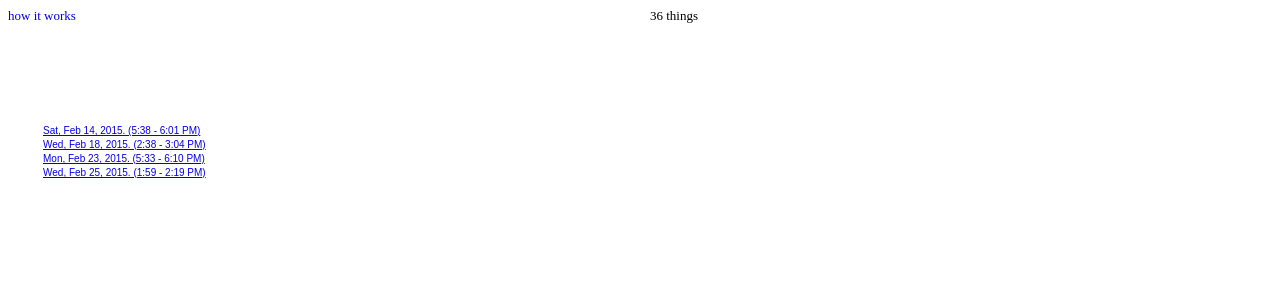
Repository: zhanj122/zhanj122.github.io
Page: 36_things/index.html
The author's editor kept a record of every edit. The page is drawn from the files as they stood at one moment, then again after the next edit.
The browser window is 1280 px wide. The pictures show the whole page.

Above is the page before.

After the next edit:
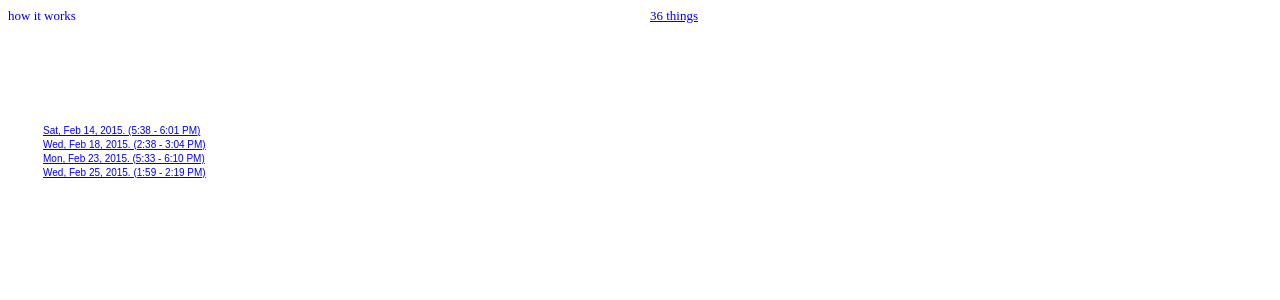
The edit:
--- a/36_things/index.html
+++ b/36_things/index.html
@@ -7,7 +7,7 @@
 
     <body>
         <div class="header">
-            <a href="howitworks.html"><span class="howitworks">how it works</span></a> <span class="thirty-six-things">36 things</span>
+            <a href="howitworks.html"><span class="howitworks">how it works</span></a> <a href="index.html"><span class="thirty-six-things">36 things</span></a>
         </div>
         <div class="dates-wrapper">
             <a href="entry1.html">Sat, Feb 14, 2015. (5:38 - 6:01 PM)</a><br>
